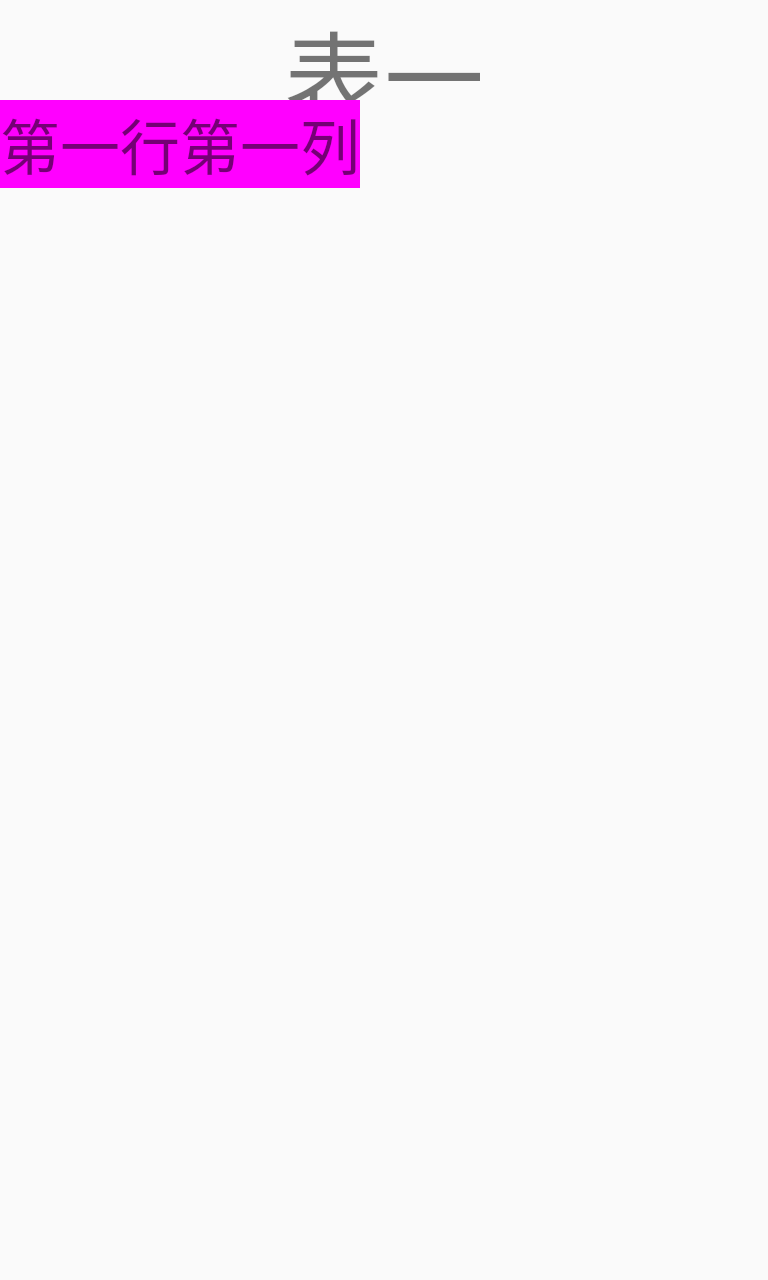
Repository: A207/guanjingjing
Layout: day4/LayoutApp/res/layout/ActivityTableLayout.xml
The author's editor kept a copy of each file at every save. The layout is drawn from the files as they stood at one save, then again after the next save.
It is drawn on a 768 x 1280 px phone screen (xhdpi) without system bars, with theme AppTheme; the app's code is not run.

Above is the layout before, as saved 2015-07-09 10:51:46.

After the next save:
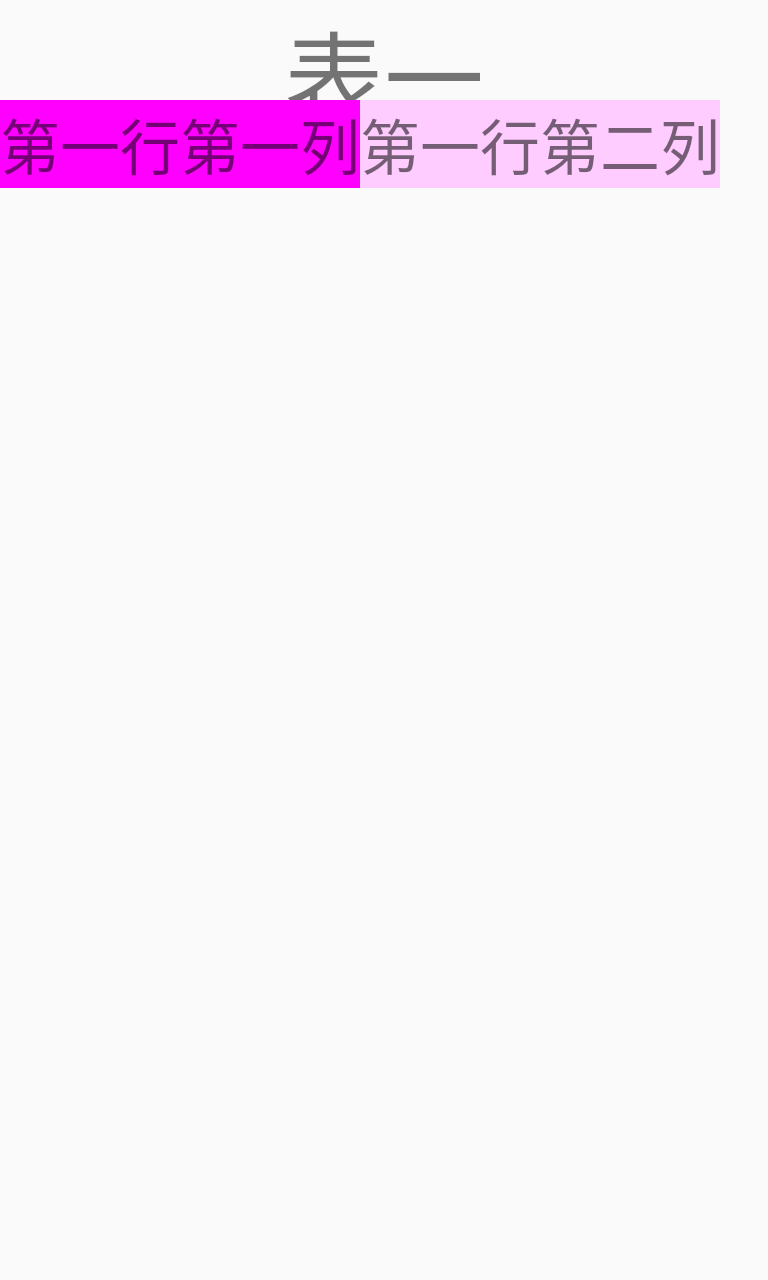
Saved 49 s later.
--- a/day4/LayoutApp/res/layout/ActivityTableLayout.xml
+++ b/day4/LayoutApp/res/layout/ActivityTableLayout.xml
@@ -16,6 +16,10 @@
             	android:text="第一行第一列"
             	android:textSize="30sp"
             	android:background="#ff00ff"></TextView>
+        		<TextView
+            	android:text="第一行第二列"
+            	android:textSize="30sp"
+            	android:background="#ffccff"></TextView>
     </TableRow>
 
 </TableLayout>
